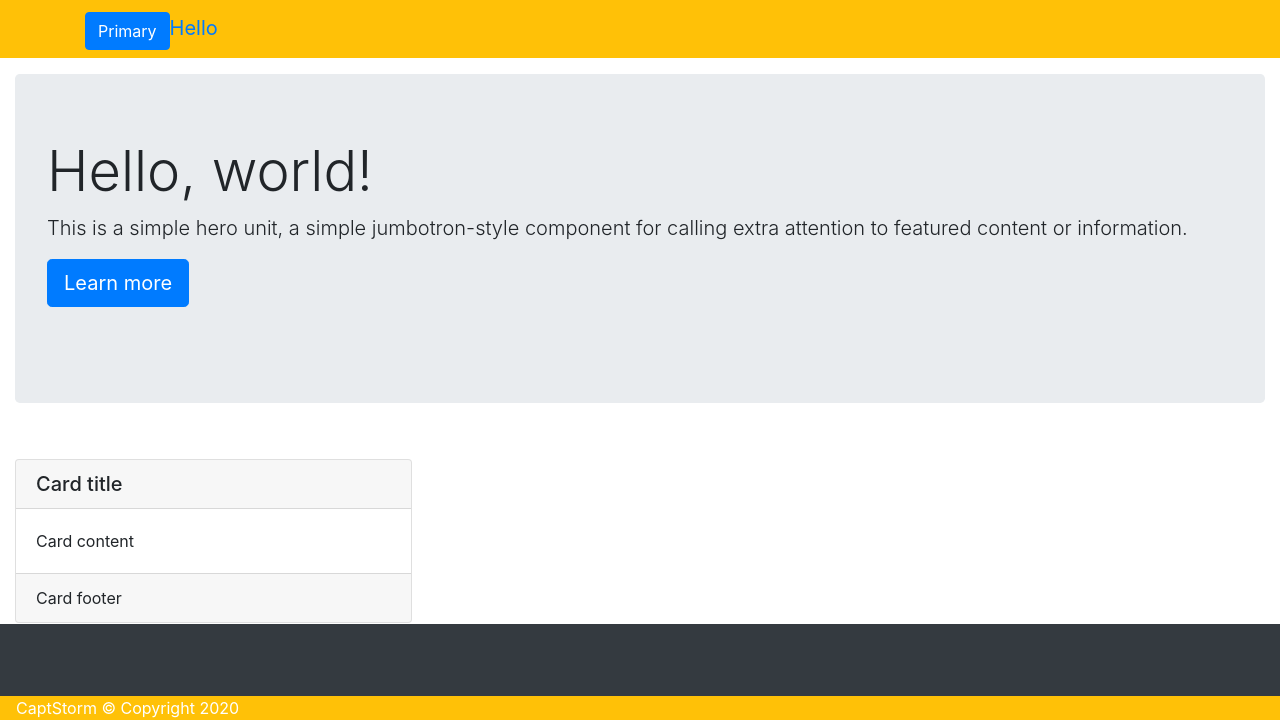
Repository: CaptainStorm21/complete-react16-bootstrap-passing-props
Page: /
An editor plug-in stored every save of this project. The page is shown before and after a run of saves, followed by the edit.
The browser window is 1280 px wide. The pictures show the whole page.
The project was rebuilt for these pictures with package versions that can differ from the ones it lists, and the page was loaded fresh each time.

Above is the page before, as saved 2020-04-23 14:02:13.

After the next 3 saves:
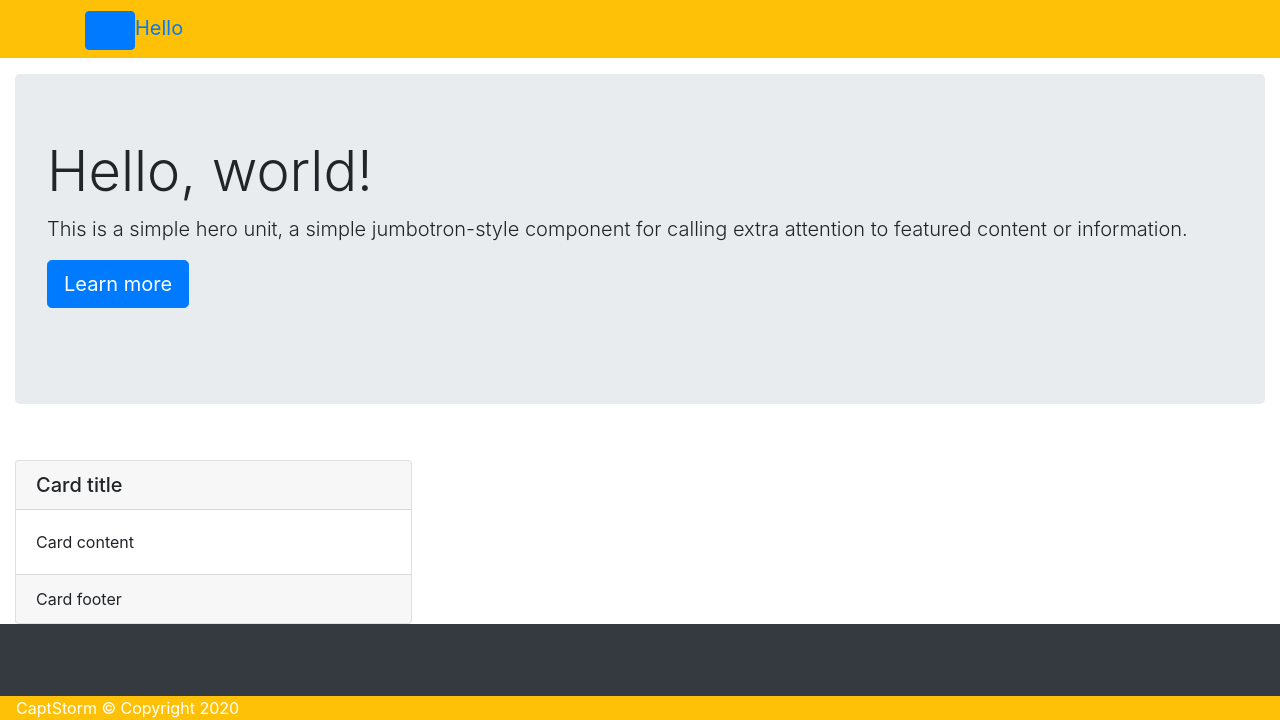
The 3 saves are shown as one change because 2 did not build or start.
The last was saved 106 s later.
--- a/src/components/layout/Navbar.js
+++ b/src/components/layout/Navbar.js
@@ -7,8 +7,7 @@ function Navbar() {
  <div className="container">
       <div className="navbar-header">
         <button type="button"  className="navbar-toggle btn btn-primary" data-toggle="collapse" data-target=".navbar-ex1-collapse">
-          Primary
-          <span className="sr-only">Toggle navigation</span>
+        <span class="navbar-toggler-icon"></span>
           <span className="icon-bar"></span>
           <span className="icon-bar"></span>
           <span className="icon-bar"></span>
